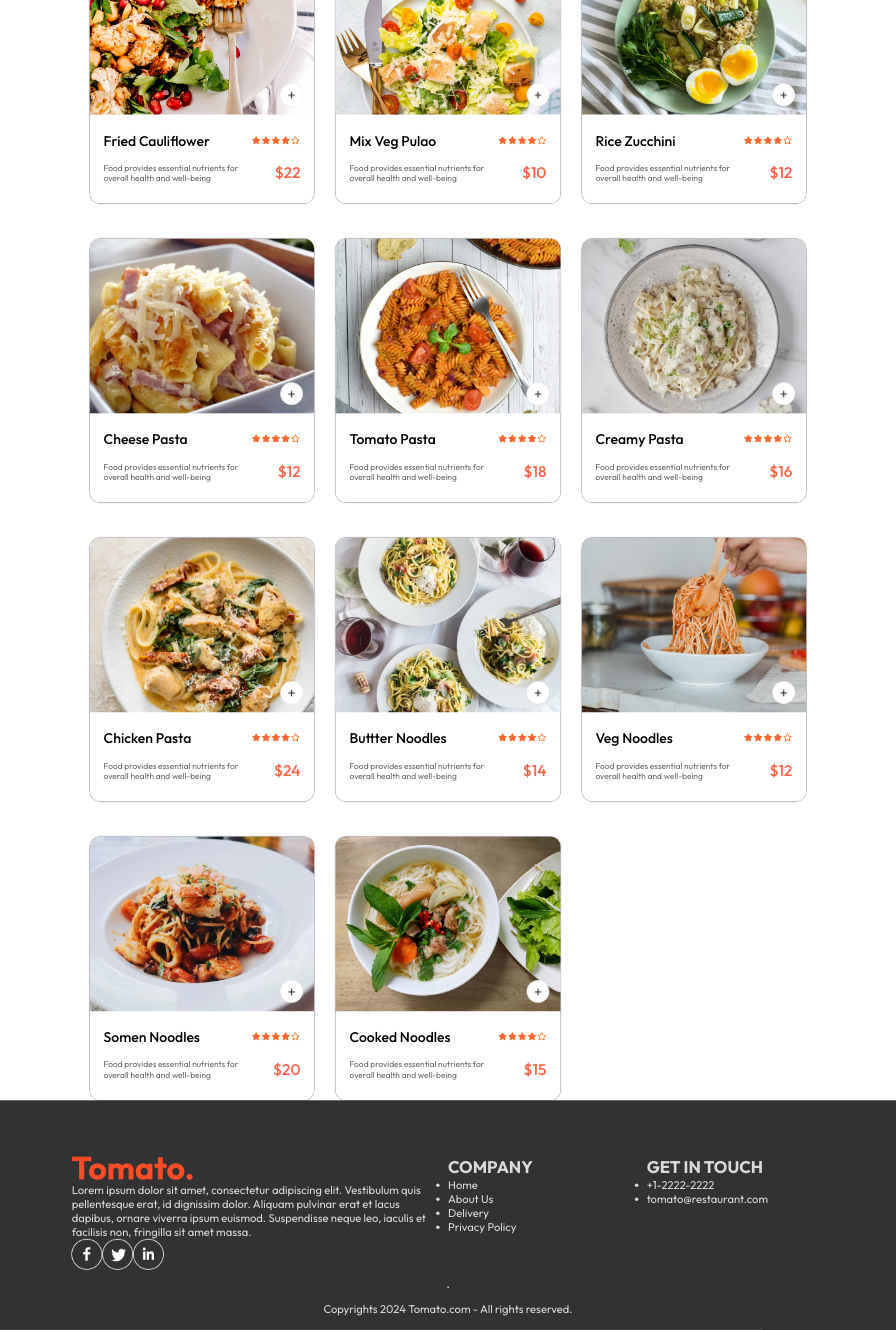
Repository: guilhermecardoso93/tomato-front-end
Page: /
An editor plug-in stored every save of this project. The page is shown before and after the next save, followed by the edit.
The browser window is 1280 px wide. The pictures show the part of the page from y = 4067 to 5987 px (the page is 5967 px tall before and 5987 px after), at 70% of full size.
The project was rebuilt for these pictures with package versions that can differ from the ones it lists, and the page was loaded fresh each time. Also part of the build but not shown: vite.config.js, src/pages/Cart/styles.css, src/pages/Cart/index.jsx, src/pages/PlaceOrder/styles.css, src/pages/PlaceOrder/index.jsx.

Above is the page before, as saved 2024-10-31 18:54:57.

### index.html
<!doctype html>
<html lang="en">

<head>
    <meta charset="UTF-8" />
    <link rel="icon" type="image/svg+xml" href="" />
    <link rel="preconnect" href="https://fonts.googleapis.com">
    <link rel="preconnect" href="https://fonts.gstatic.com" crossorigin>
    <link href="https://fonts.googleapis.com/css2?family=Inter:ital,opsz,wght@0,14..32,100..900;1,14..32,100..900&family=Outfit:wght@100..900&display=swap" rel="stylesheet">
    <meta name="viewport" content="width=device-width, initial-scale=1.0" />
    <title>Tomato</title>
</head>

<body>
    <div id="root"></div>
    <script type="module" src="/src/main.jsx"></script>
</body>

</html>

### src/main.jsx
import { StrictMode } from "react";
import { createRoot } from "react-dom/client";
import "./index.css";
import { App } from "./App.jsx";
import { BrowserRouter } from "react-router-dom";
import StoreContextProvider from "./context/StoreContext.jsx";

createRoot(document.getElementById("root")).render(
  <BrowserRouter>
    <StoreContextProvider>
      <App />
    </StoreContextProvider>
  </BrowserRouter>
);

### src/index.css
* {
  padding: 0;
  margin: 0;
  box-sizing: border-box;
}

body {
  min-height: 100vh;
  font-family: "Outfit", sans-serif;
}

a {
  text-decoration: none;
  color: inherit;
}

.app {
  width: 80%;
  margin: auto;
}

@keyframes fadeIn {
  0% {
    opacity: 0;
  }

  100% {
    opacity: 1;
  }
}

### src/App.jsx
import { Routes, Route } from "react-router-dom";
import { Navbar } from "./components/Navbar";

import { Home } from "./pages/Home";
import { Cart } from "./pages/Cart";
import { PlaceOrder } from "./pages/PlaceOrder";
import { Footer } from "./components/Footer";

export function App() {
  return (
    <>
      <div className="app">
        <Navbar />
        <Routes>
          <Route path="/" element={<Home />} />
          <Route path="/cart" element={<Cart />} />
          <Route path="/order" element={<PlaceOrder />} />
        </Routes>
      </div>
      <Footer />
    </>
  );
}

### src/context/StoreContext.jsx
import { createContext, useEffect, useState } from "react";
import { food_list } from "../assets/assets";

export const StoreContext = createContext(null);

const StoreContextProvider = (props) => {
  const [cartItems, setCartItems] = useState({});

  const addCart = (itemId) => {
    if (!cartItems[itemId]) {
      setCartItems((prev) => ({ ...prev, [itemId]: 1 }));
    } else {
      setCartItems((prev) => ({ ...prev, [itemId]: prev[itemId] + 1 }));
    }
  };

  const removeFromCart = (itemId) => {
    setCartItems((prev) => ({ ...prev, [itemId]: prev[itemId] - 1 }));
  };

  const contextValue = {
    food_list,
    cartItems,
    setCartItems,
    addCart,
    removeFromCart,
  };

  useEffect(() => {
    console.log(cartItems);
  }, [cartItems]);

  return (
    <StoreContext.Provider value={contextValue}>
      {props.children}
    </StoreContext.Provider>
  );
};

export default StoreContextProvider;

### src/components/Navbar/index.jsx
import { useState } from "react";
import { assets } from "../../assets/assets";
import "./styles.css";

export const Navbar = () => {
  const [menu, setMenu] = useState("Home");

  return (
    <div className="navbar">
      <img src={assets.logo} alt="Logo" className="logo" />
      <ul className="navbar-menu">
        <li
          onClick={() => setMenu("Home")}
          className={menu === "Home" ? "active" : ""}
        >
          Home
        </li>
        <li
          onClick={() => setMenu("Menu")}
          className={menu === "Menu" ? "active" : ""}
        >
          Menu
        </li>
        <li
          onClick={() => setMenu("MobileApp")}
          className={menu === "MobileApp" ? "active" : ""}
        >
          MobileApp
        </li>
        <li
          onClick={() => setMenu("Contact Us")}
          className={menu === "Contact Us" ? "active" : ""}
        >
          Contact Us
        </li>
      </ul>
      <div className="navbar-right">
        <img src={assets.search_icon} alt="" />
        <div className="navbar-search-icon">
          <img src={assets.basket_icon} alt="" />
          <div className="dot"></div>
        </div>
        <button>sign in</button>
      </div>
    </div>
  );
};

### src/pages/Home/index.jsx
import { useState } from "react";
import { ExplorerMenu } from "../../components/ExplorerMenu";
import { Header } from "../../components/Header";
import "./styles.css";
import { FoodDisplay } from "../../components/FoodDisplay/Index";

export const Home = () => {
  const [category, setCategory] = useState("All");

  return (
    <div>
      <Header />
      <ExplorerMenu category={category} setCategory={setCategory} />
      <FoodDisplay category={category} />
    </div>
  );
};

### src/components/Footer/index.jsx
import { assets } from "../../assets/assets";
import "./styles.css";

export const Footer = () => {
  return (
    <footer id="footer">
      <div className="footer-container">
        <div className="footer-left">
          <img src={assets.logo} alt="" />
          <p>
            Lorem ipsum dolor sit amet, consectetur adipiscing elit. Vestibulum
            quis pellentesque erat, id dignissim dolor. Aliquam pulvinar erat et
            lacus dapibus, ornare viverra ipsum euismod. Suspendisse neque leo,
            iaculis et facilisis non, fringilla sit amet massa.
          </p>
          <div className="footer-social-icons">
            <img src={assets.facebook_icon} alt="" />
            <img src={assets.twitter_icon} alt="" />
            <img src={assets.linkedin_icon} alt="" />
          </div>
        </div>
        <div className="footer-center">
          <h2>COMPANY</h2>
          <ul>
            <li>Home</li>
            <li>About Us</li>
            <li>Delivery</li>
            <li>Privacy Policy</li>
          </ul>
        </div>
        <div className="footer-right">
          <h2>GET IN TOUCH</h2>
          <ul>
            <li>+1-2222-2222</li>
            <li>tomato@restaurant.com</li>
          </ul>
        </div>
      </div>
      <hr />
      <p className="footer-copy-rights">
        Copyrights 2024 Tomato.com - All rights reserved.
      </p>
    </footer>
  );
};

### src/components/Navbar/styles.css
.navbar {
  padding: 20px 0;
  display: flex;
  justify-content: space-between;
  align-items: center;
}

.navbar .logo {
  width: 150px;
}

.navbar-menu {
  display: flex;
  list-style: none;
  gap: 10px;
  color: #49557c;
  font-size: 18px;
}

.navbar li {
  cursor: pointer
}

.navbar-right {
  display: flex;
  align-items: center;
  gap: 40px;
}

.navbar button {
  background: transparent;
  font-size: 16px;
  color: #49557c;
  border: 1px solid tomato;
  padding: 10px 30px;
  border-radius: 50px;
  cursor: pointer;
  transition: 0.3s;
}

.navbar button:hover {
  background: #fff4f2;
}

.navbar .active {
  padding-bottom: 2px;
  border-bottom: 2px solid #49557c;
}

.navbar-search-icon {
  position: relative;
}

.navbar-search-icon .dot {
  position: absolute;
  min-height: 10px;
  min-width: 10px;
  background-color: tomato;
  border-radius:  5px;
  top: -8px;
  right: -8px;
}

### src/components/ExplorerMenu/index.jsx
import { menu_list } from "../../assets/assets";

import "./styles.css";

export const ExplorerMenu = ({ category, setCategory }) => {
  return (
    <div className="explorer-menu" id="explore-menu">
      <h1>Explore our menu</h1>
      <p className="explore-menu-text">
        Choose from a diverse menu featuring a delectable arrays os dishes
        crafted with the finest ingredients and culinary expertise. Our mission
        is to satisfy your cravings and elevate your dining experience, one
        delicious meal at a time.
      </p>
      <div className="explore-menu-list">
        {menu_list.map((item, index) => {
          return (
            <div
              className="explore-menu-list-item"
              key={index}
              onClick={() =>
                setCategory((prev) =>
                  prev === item.menu_name ? "All" : item.menu_name
                )
              }
            >
              <img
                src={item.menu_image}
                alt=""
                className={category === item.menu_name ? "active" : ""}
              />
              <p className={category === item.menu_name ? "active-text" : ""}>
                {item.menu_name}
              </p>
            </div>
          );
        })}
      </div>
      <hr />
    </div>
  );
};

### src/components/Header/index.jsx
import "./styles.css";

export const Header = () => {
  return (
    <div className="header">
      <div className="header-container">
        <h2>Oder your favorite food here</h2>
        <p>
          Choose from a diverse menu featuring a delectable arrays os dishes
          crafted with the finest ingredients and culinary expertise. Our
          mission is to satisfy your cravings and elevate your dining
          experience, one delicious meal at a time.
        </p>
        <button> View Menu</button>
      </div>
    </div>
  );
};

### src/components/FoodDisplay/Index.jsx
import { useContext } from "react";
import { StoreContext } from "../../context/StoreContext";
import { FoodItem } from "../FoodItem";

import "./styles.css";

export const FoodDisplay = ({ category }) => {
  const { food_list } = useContext(StoreContext);

  return (
    <div className="food-display" id="food-display">
      <h2>Top Dishes near you</h2>
      <div className="food-display-list">
        {food_list.map((item, index) => {
          if (category === "All" || category === item.category) {
            return (
              <FoodItem
                key={index}
                id={item._id}
                name={item.name}
                description={item.description}
                price={item.price}
                image={item.image}
              />
            );
          }
        })}
      </div>
    </div>
  );
};

### src/components/Footer/styles.css
footer {
  color: #d9d9d9;
  background-color: #323232;
  display: flex;
  align-items: center;
  flex-direction: column;
  gap: 20px;
  padding: 20px 8vw;
  padding-top: 80px;
}

.footer-container {
  width: 100%;
  display: grid;
  grid-template-columns: 2fr 1fr 1fr;
  gap: 30px;
}
.footer-left {

}

### src/components/ExplorerMenu/styles.css
.explorer-menu {
  display: flex;
  flex-direction: column;
  gap: 1rem;
}

.explorer-menu h1 {
  color: #262626;
  font-size: 500;
}

.explore-menu-text {
  max-width: 60%;
  color: #808080;
}

.explore-menu-list {
  display: flex;
  justify-content: space-between;
  align-items: center;
  gap: 30px;
  text-align: center;
  margin: 20px 0px;
  overflow-x: scroll;
}

.explore-menu-list::-webkit-scrollbar {
  display: none;
}

.explore-menu-list img {
  width: 7.5vw;
  min-width: 80px;
  cursor: pointer;
  border-radius: 50%;
  transition: 0.2s;
}

.explore-menu-list p {
  margin-top: 10px;
  color: #747474;
  font-size: max(1.4vw, 16px);
  cursor: pointer;
}

.explore-menu hr {
  margin: 10px 0px;
  height: 2px;
  background: #e2e2e2;
  border: none;
}

.explore-menu-list .active {
  border: 4px solid tomato;
  padding: 2px;
}

.explore-menu-list .active-text {
  color: tomato;
}

### src/components/Header/styles.css
.header {
  height: 34vw;
  margin: 30px auto;
  background: url('../../assets/header_img.png') no-repeat;
  background-size: contain;
  position: relative;
}



.header-container {
  position: absolute;
  display: flex;
  flex-direction: column;
  align-items: start;
  padding: 20px;
  gap: 1.5vw;
  max-width: 52%;
  bottom: 10%;
  animation: fadeIn 3s;
}


.header-container h2 {
  font-weight: 500;
  color: #f2f2f2f2;
  font-size: max(4.5vw, 22px);
}


.header-container p {
  color: #f2f2f2f2;
  font-size: 1vw;
}


.header-container button {
  border: none;
  color: #747474;
  font-weight: 700;
  padding: 1vw 2.3vw;
  background: white;
  font-size: max(1vw, 13px);
  border-radius: 50px;
}

### src/components/FoodItem/index.jsx
import { useContext } from "react";
import { assets } from "../../assets/assets";
import "./styles.css";
import { StoreContext } from "../../context/StoreContext";

export const FoodItem = ({ id, name, price, description, image }) => {
  const { removeFromCart, addCart, cartItems } = useContext(StoreContext);

  return (
    <div className="food-item" id={id}>
      <div className="food-item-image-container">
        <img src={image} alt={name} className="food-item-image" />
        {!cartItems[id] ? (
          <img
            src={assets.add_icon_white}
            alt="Adicionar ao carrinho"
            className="add"
            onClick={() => addCart(id)}
          />
        ) : (
          <div className="food-item-counter">
            <img
              src={assets.remove_icon_red}
              alt="Remover do carrinho"
              onClick={() => removeFromCart(id)}
            />
            <p>{cartItems[id]}</p>
            <img
              src={assets.add_icon_green}
              alt="Adicionar ao carrinho"
              onClick={() => addCart(id)}
            />
          </div>
        )}
      </div>
      <div className="food-item-info">
        <div className="food-item-name-rating">
          <p>{name}</p>
          <img src={assets.rating_starts} alt="Rating" />
        </div>
        <div className="food-item-prices">
          <p className="food-item-description">{description}</p>
          <p className="food-item-price">${price}</p>
        </div>
      </div>
    </div>
  );
};

### src/components/FoodDisplay/styles.css
.food-display {
  margin-top: 30px;
}

.food-display h2 {
  font-size: max(2vw, 24px);
  font-weight: 600;
}


.food-display-list {
  display: grid;
  grid-template-columns: repeat(auto-fill, minmax(240px, 1fr));
  margin-top: 30px;
  gap: 30px;
  row-gap: 50px;
}

### src/components/FoodItem/styles.css
.food-item {
  width: 100%;
  margin: auto;
  border-radius: 15px;
  box-shadow: 0px 0px 1px #000015;
  transition: 0.3s;
  animation: fadeIn 1s;
}

.food-item-image {
  width: 100%;
  border-radius: 15px 15px 0px 0px;
}

.food-item-image-container {
  position: relative;
}

.food-item-image-container .add {
  position: absolute;
  width: 35px;
  bottom: 15px;
  right: 15px;
  cursor: pointer;
  border-radius: 50%;
}

.food-item-counter {
  position: absolute;
  bottom: 15px;
  right: 15px;
  display: flex;
  align-items: center;
  gap: 10px;
  border-radius: 50px;
  background-color: #f2f2f2;
  padding: 3px;
  font-weight: 700;
}

.food-item-counter img {
  width: 30px;
}

.food-item-info {
  padding: 20px;
}

.food-item-name-rating {
  display: flex;
  justify-content: space-between;
  align-items: center;
  margin-bottom: 10px;
}

.food-item-name-rating p {
  font-size: 20px;
  font-weight: 500;
}

.food-item-name-rating img {
  width: 70px;
}

.food-item-prices {
  display: flex;
  justify-content: space-between;
  align-items: center;
  gap: 10px;
}

.food-item-description {
  color: #676767;
  font-size: 12px;
  width: 75%;
}

.food-item-price {
  color: tomato;
  font-size: 22px;
  font-weight: 500;
  margin: 10px 0;
}

Loaded but not shown: src/assets/assets.js (350 lines, source omitted); src/pages/Home/styles.css (no stored copy; drawn as an empty file)

After the next save:
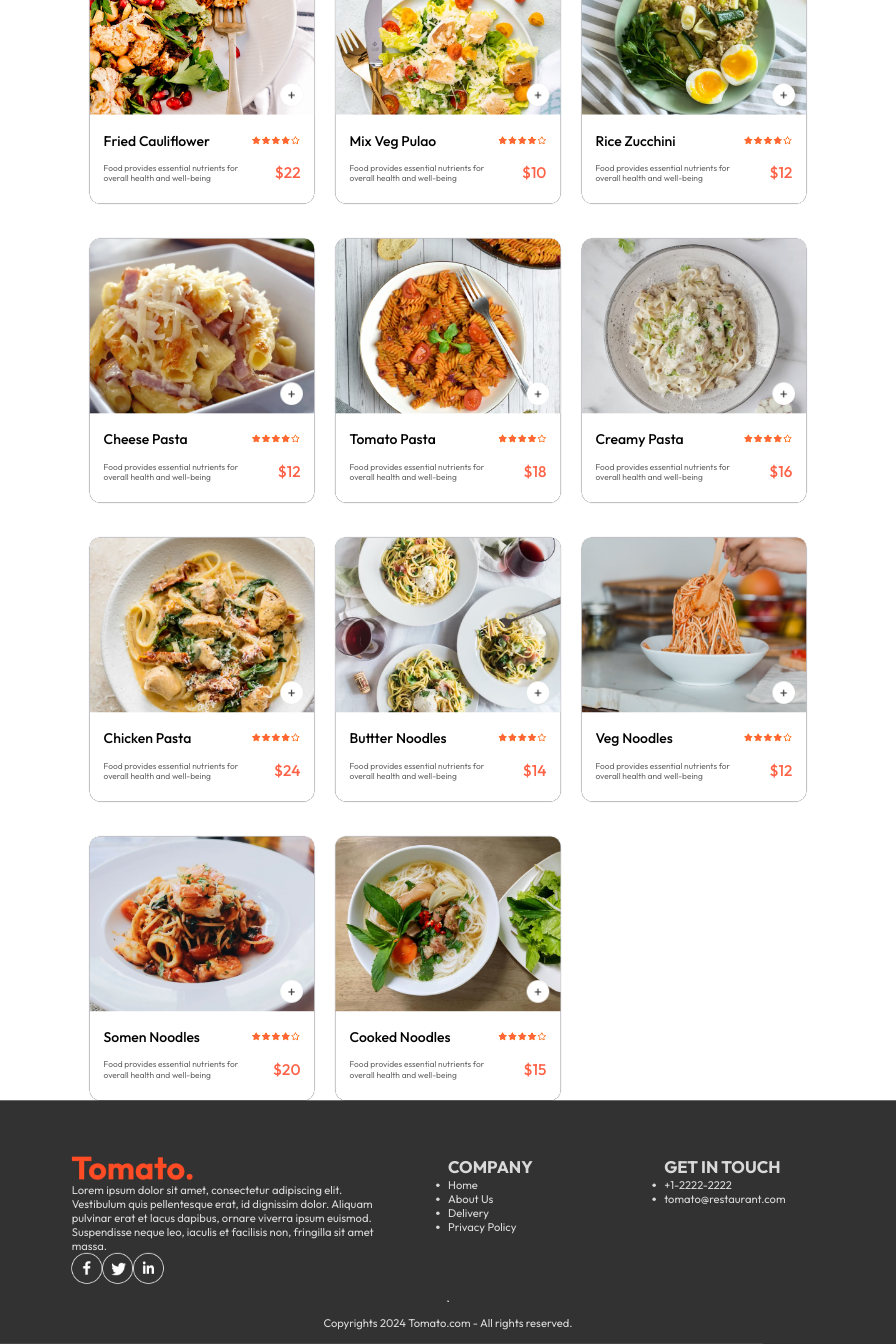
Saved 16 s later.
--- a/src/components/Footer/styles.css
+++ b/src/components/Footer/styles.css
@@ -13,7 +13,7 @@ footer {
   width: 100%;
   display: grid;
   grid-template-columns: 2fr 1fr 1fr;
-  gap: 30px;
+  gap: 80px;
 }
 .footer-left {
 
